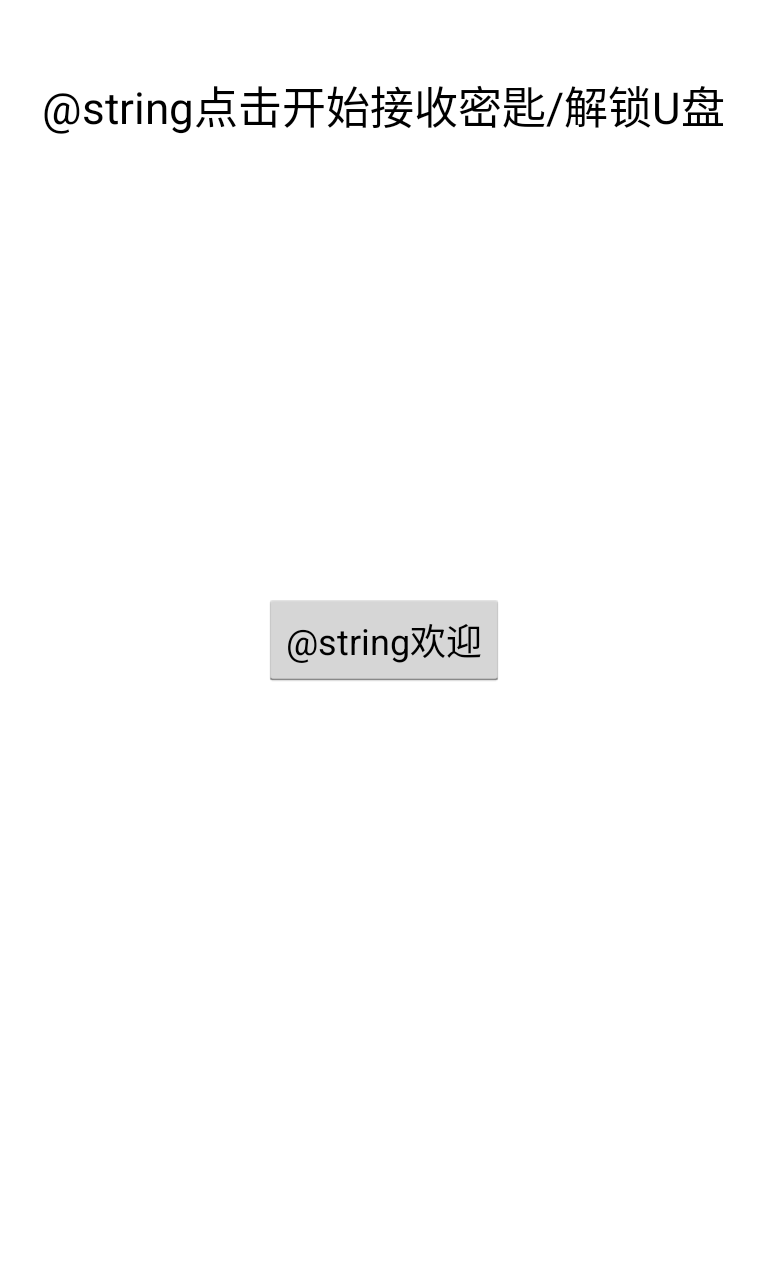
Repository: tenglei/AndroidBackup
Layout: AndroidTest/res/layout/activity_main.xml
The author's editor kept a copy of each file at every save. The layout is drawn from the files as they stood at one save, then again after the next save.
It is drawn on a 768 x 1280 px phone screen (xhdpi) without system bars, with theme AppTheme; the app's code is not run.

Above is the layout before, as saved 2017-01-02 06:37:59.

### AndroidTest/res/layout/activity_main.xml
<RelativeLayout xmlns:android="http://schemas.android.com/apk/res/android"
    xmlns:tools="http://schemas.android.com/tools"
    android:layout_width="match_parent"
    android:layout_height="match_parent"
    android:paddingBottom="@dimen/activity_vertical_margin"
    android:paddingLeft="@dimen/activity_horizontal_margin"
    android:paddingRight="@dimen/activity_horizontal_margin"
    android:paddingTop="@dimen/activity_vertical_margin"
    tools:context="com.example.androidtest.MainActivity" >

    <Button
        android:id="@+id/button1"
        android:layout_width="wrap_content"
        android:layout_height="wrap_content"
        android:layout_centerHorizontal="true"
        android:layout_centerVertical="true"
        android:text="@string欢迎" />

    <TextView
        android:id="@+id/textView1"
        android:layout_width="wrap_content"
        android:layout_height="wrap_content"
        android:layout_alignParentTop="true"
        android:layout_centerHorizontal="true"
        android:layout_marginTop="20dp"
        android:text="@string点击开始接收密匙/解锁U盘"
        android:textAppearance="?android:attr/textAppearanceLarge" />

</RelativeLayout>

Loaded but not shown: AndroidTest/res/values/styles.xml (common file); AndroidTest/res/values-v11/styles.xml (common file); AndroidTest/res/values-v14/styles.xml (common file); AndroidTest/res/values/dimens.xml (common file); AndroidTest/res/values-w820dp/dimens.xml (common file)

After the next save:
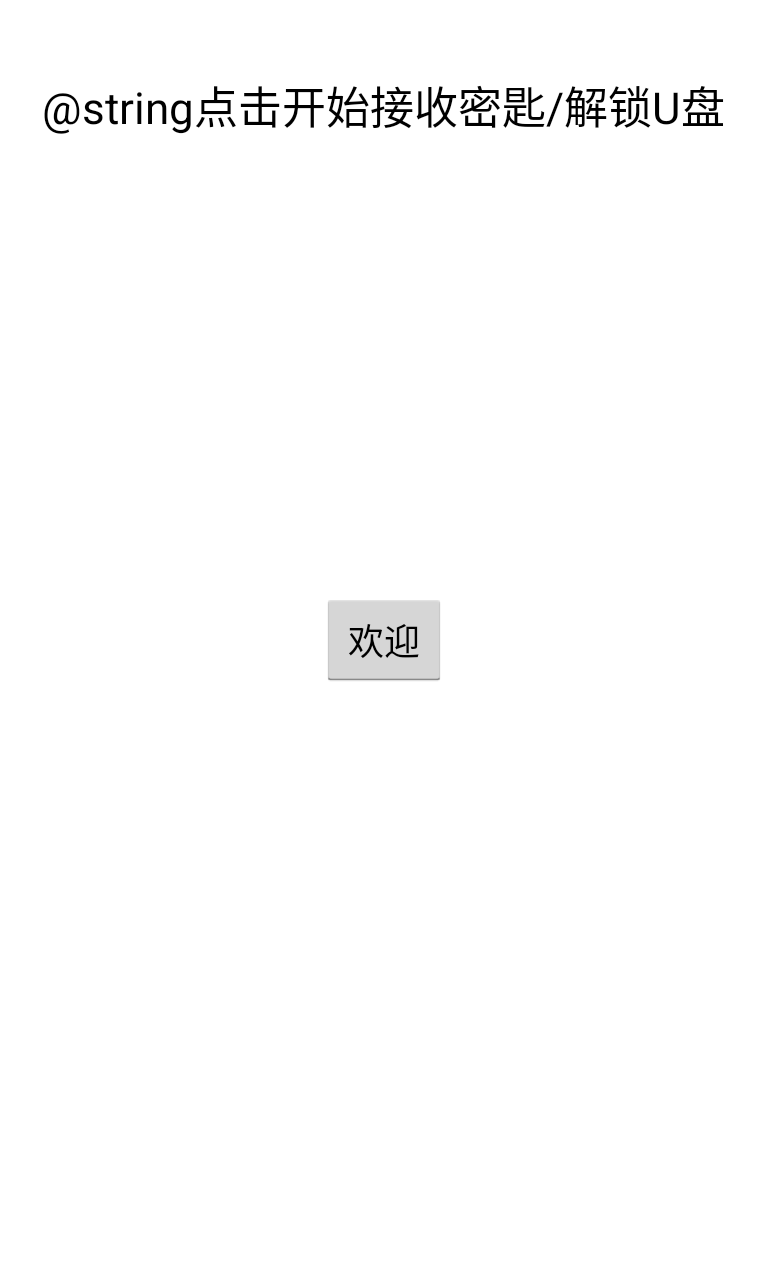
Saved 43 s later.
--- a/AndroidTest/res/layout/activity_main.xml
+++ b/AndroidTest/res/layout/activity_main.xml
@@ -14,7 +14,7 @@
         android:layout_height="wrap_content"
         android:layout_centerHorizontal="true"
         android:layout_centerVertical="true"
-        android:text="@string欢迎" />
+        android:text="欢迎" />
 
     <TextView
         android:id="@+id/textView1"
